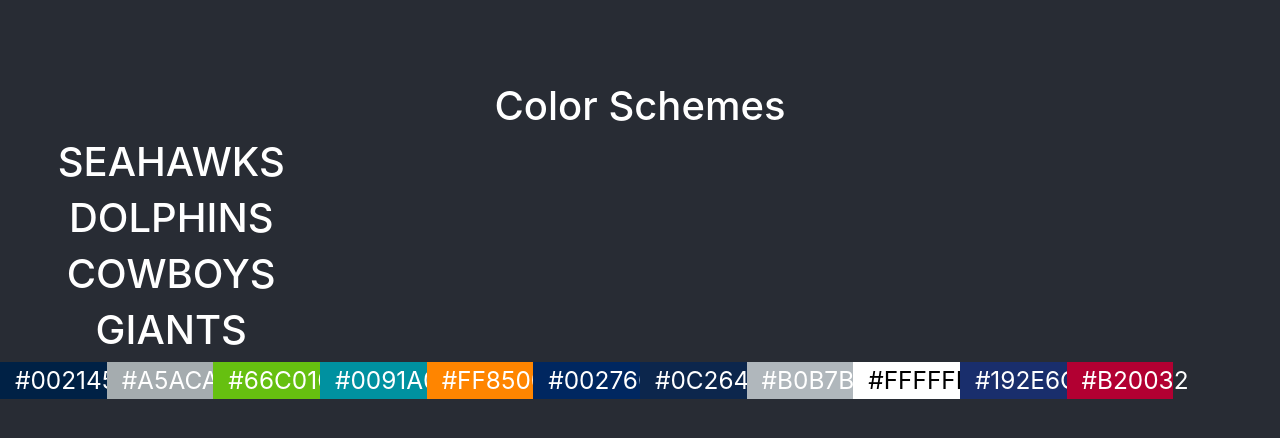
Repository: MikeTroianello/troianello.co
Page: /projects
These files come from the project's save history. The page is drawn as it stood at one moment and after a run of saves; the edit follows.
The browser window is 1280 px wide. The pictures show the whole page.
The project was rebuilt for these pictures with package versions that can differ from the ones it lists, and the page was loaded fresh each time.

Above is the page before, as saved 2019-06-24 18:05:42.

After the next 2 saves:
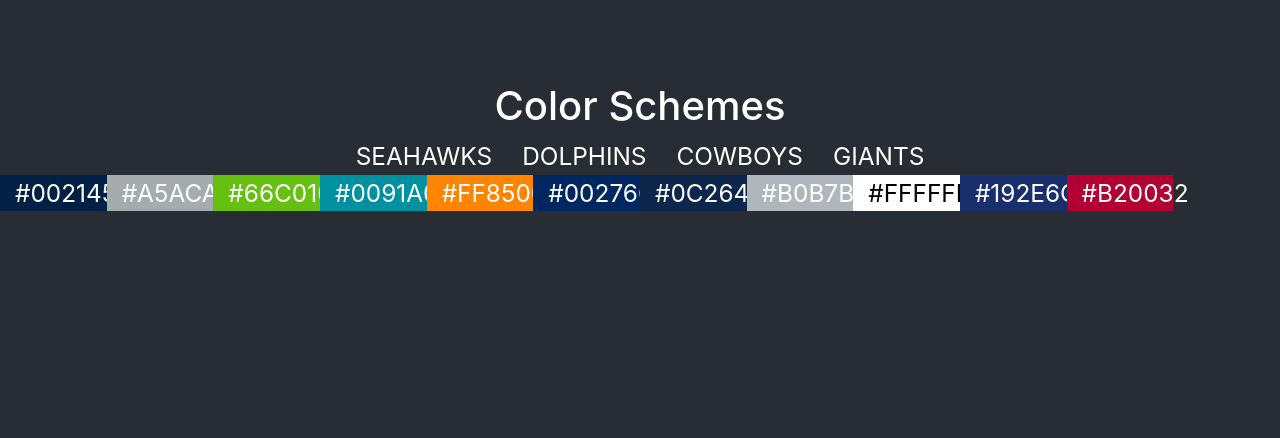
The 2 saves are shown as one change because 1 did not build or start.
The last was saved 17 s later.
--- a/src/App.js
+++ b/src/App.js
@@ -9,10 +9,10 @@
         <h1>Color Schemes</h1>
         <div className='container-fluid'>
           <div>
-            <h1 className='col-3'>SEAHAWKS</h1>
-            <h1 className='col-3'>DOLPHINS</h1>
-            <h1 className='col-3'>COWBOYS</h1>
-            <h1 className='col-3'>GIANTS</h1>
+            <span className='col-3'>SEAHAWKS</span>
+            <span className='col-3'>DOLPHINS</span>
+            <span className='col-3'>COWBOYS</span>
+            <span className='col-3'>GIANTS</span>
           </div>
           <div className='row'>
             {/* <div className='teams seahawks'> */}
